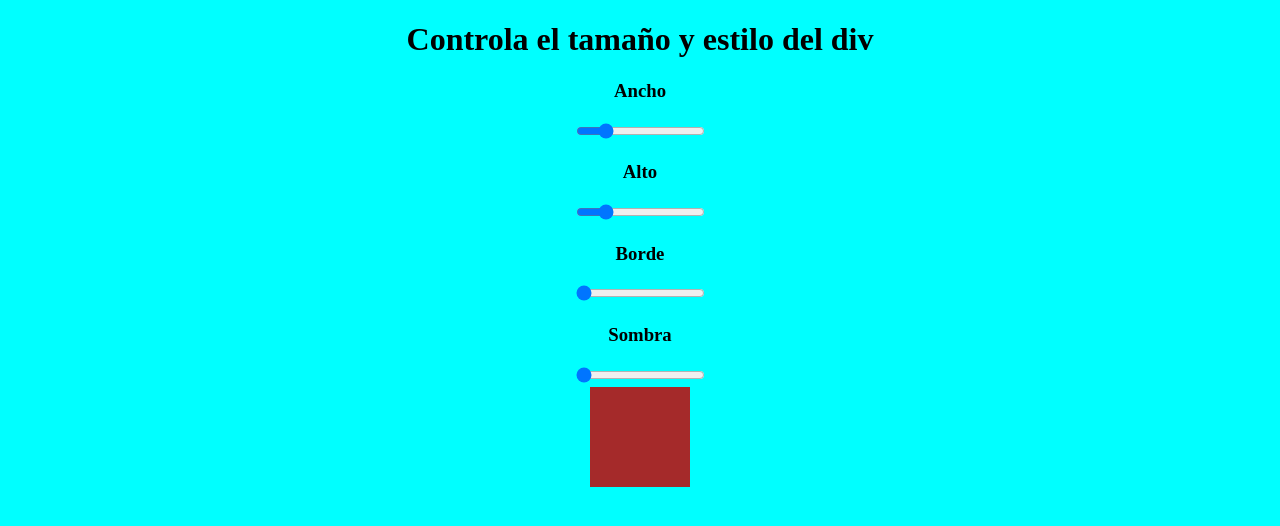
Repository: Kevin8548/Ejercicios-DOM
Page: Deslizador.html
An editor plug-in stored every save of this project. The page is shown before and after the next save, followed by the edit.
The browser window is 1280 px wide. The pictures show the whole page.

Above is the page before, as saved 2024-10-07 01:41:40.

### Deslizador.html
<!DOCTYPE html>
<html lang="es">
<head>
    <meta charset="UTF-8">
    <meta name="viewport" content="width=device-width, initial-scale=1.0">
    <title>Deslizadores</title>
    <link rel="stylesheet" href="deslizadores.css">
</head>
<body>
    <h1>Controla el tamaño y estilo del div</h1>
    <div>
        <h3>Ancho</h3>
        <input type="range" id="sliderAncho" min="50" max="300" value="100" step="1">
        <h3>Alto</h3>
        <input type="range" id="sliderAlto" min="50" max="300" value="100" step="1">
        <h3>Borde</h3>
        <input type="range" id="sliderBorde" min="0" max="50" value="0" step="1">
        <h3>Sombra</h3>
        <input type="range" id="sliderSombra" min="0" max="50" value="0" step="1">
    </div>
    <div class="div"></div>

    <script src="./colorsbg/deslizador.js"></script>
</body>
</html>

### deslizadores.css
body {
    background-color: aqua;
    text-align: center;
}

.div {
    width: 100px;
    height: 100px;
    background-color: brown;
    margin: 0 auto;
}

### colorsbg/deslizador.js
const sliderAncho = document.getElementById('sliderAncho');
const sliderAlto = document.getElementById('sliderAlto');
const sliderBorde = document.getElementById('sliderBorde');
const sliderSombra = document.getElementById('sliderSombra');
const div = document.querySelector('.div');

sliderAncho.addEventListener('input', function() {
    const nuevoAncho = sliderAncho.value + 'px';
    div.style.width = nuevoAncho;
});

sliderAlto.addEventListener('input', function() {
    const nuevoAlto = sliderAlto.value + 'px';
    div.style.height = nuevoAlto;
});

sliderSombra.addEventListener('input', function() {
    const sombra = sliderSombra.value + 'px';
    div.style.boxShadow = `0 0 ${sombra} rgba(0, 0, 0, 0.5)`;
});

After the next save:
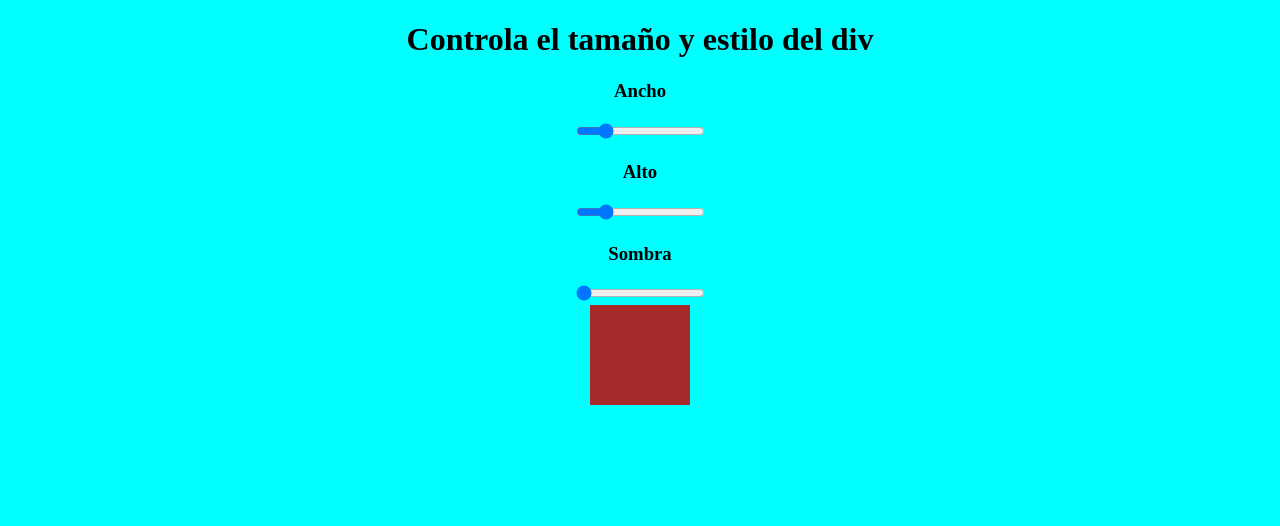
Saved 19 s later.
--- a/Deslizador.html
+++ b/Deslizador.html
@@ -13,8 +13,6 @@
         <input type="range" id="sliderAncho" min="50" max="300" value="100" step="1">
         <h3>Alto</h3>
         <input type="range" id="sliderAlto" min="50" max="300" value="100" step="1">
-        <h3>Borde</h3>
-        <input type="range" id="sliderBorde" min="0" max="50" value="0" step="1">
         <h3>Sombra</h3>
         <input type="range" id="sliderSombra" min="0" max="50" value="0" step="1">
     </div>
